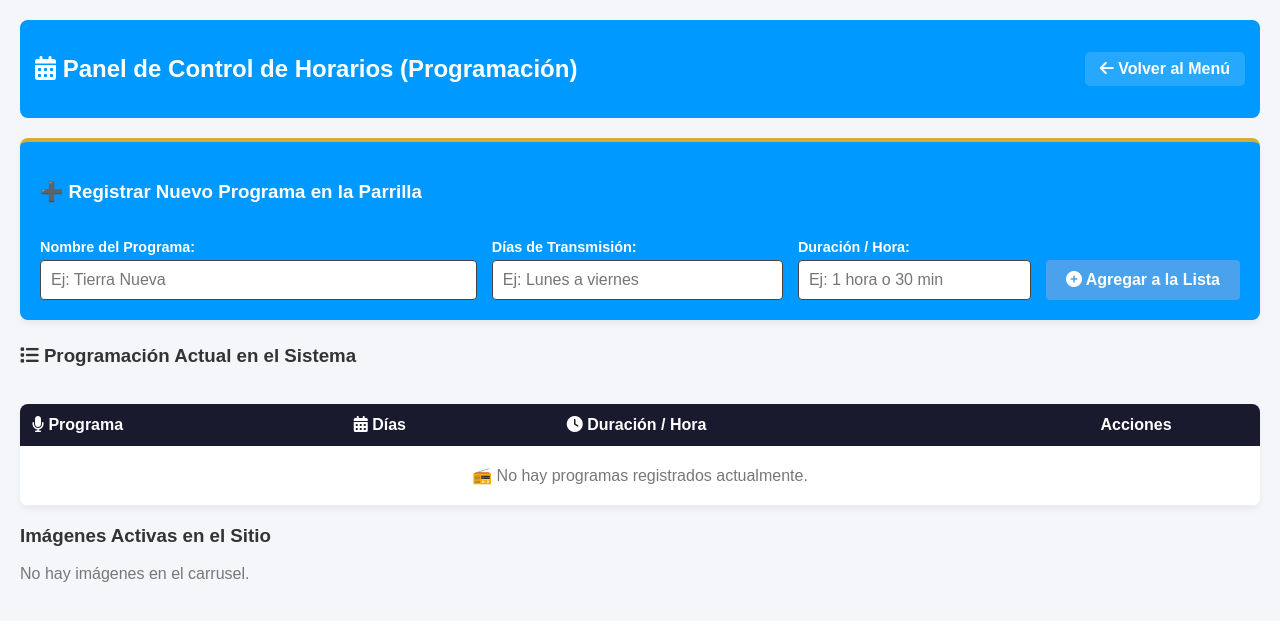
Repository: dalila777-xu/radiopakal1040am
Page: http://localhost/admin_programacion.php
These files come from the project's save history. The page is drawn as it stood at one moment and after the next save; the edit follows.
The browser window is 1280 px wide. The pictures show the whole page.
The page is run by PHP 8.4 with error messages shown; the project is at /var/www/html/. The session is filled in as if someone had signed in: {"usuario": "testuser", "nombre": "testuser"}. Queries for data that is not in the repository find no rows.

Above is the page before, as saved 2026-07-07 19:14:44.

After the next save:
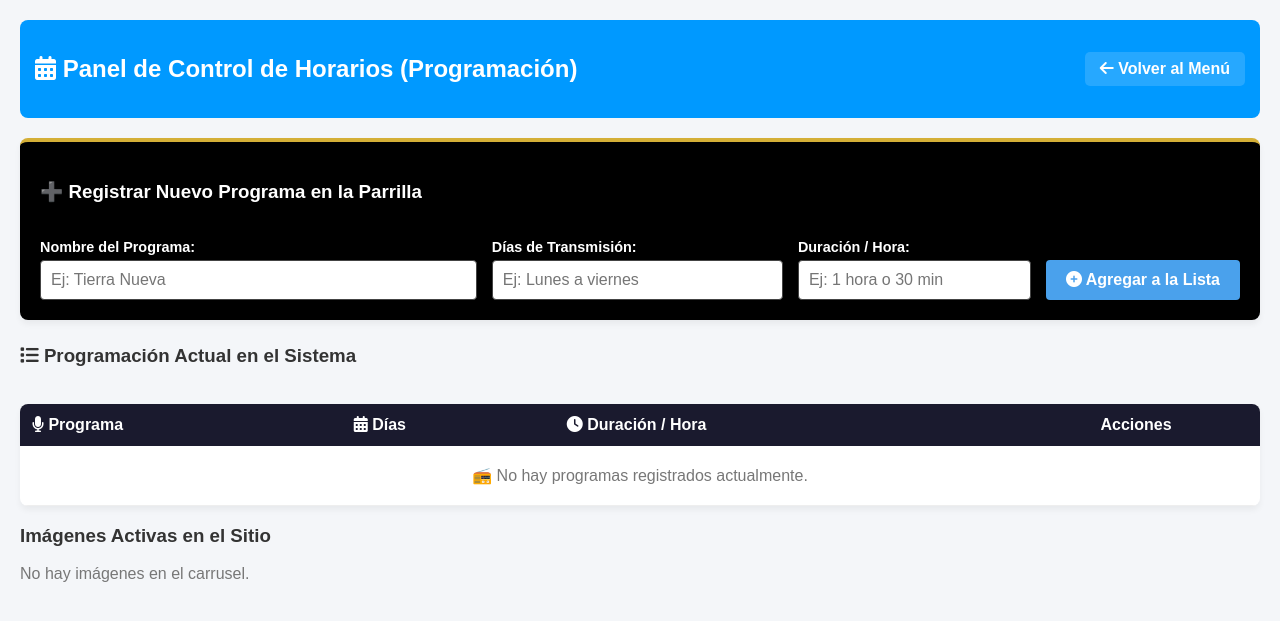
Saved 44 s later.
--- a/admin_programacion.php
+++ b/admin_programacion.php
@@ -85,7 +85,7 @@ if (isset($_GET['editar'])) {
         body { font-family: sans-serif; background: #f4f6f9; margin: 0; padding: 20px; color: #333; }
         .header-modulo { background: #0099FF; color: white; padding: 15px; border-radius: 8px; display: flex; justify-content: space-between; align-items: center; margin-bottom: 20px; }
         .header-modulo a { color: white; text-decoration: none; font-weight: bold; background: rgba(255,255,255,0.15); padding: 8px 15px; border-radius: 5px; }
-        .form-container { background: #0099FF; color: white; padding: 20px; border-radius: 8px; box-shadow: 0 4px 6px rgba(0,0,0,0.05); margin-bottom: 25px; border-top: 4px solid #D4AF37; }
+        .form-container { background: #000000; color: white; padding: 20px; border-radius: 8px; box-shadow: 0 4px 6px rgba(0,0,0,0.05); margin-bottom: 25px; border-top: 4px solid #D4AF37; }
         .form-inline { display: flex; flex-wrap: wrap; gap: 15px; align-items: flex-end; }
         .form-group { display: flex; flex-direction: column; }
         .form-group label { font-weight: bold; margin-bottom: 5px; font-size: 0.9rem; color: white; }
